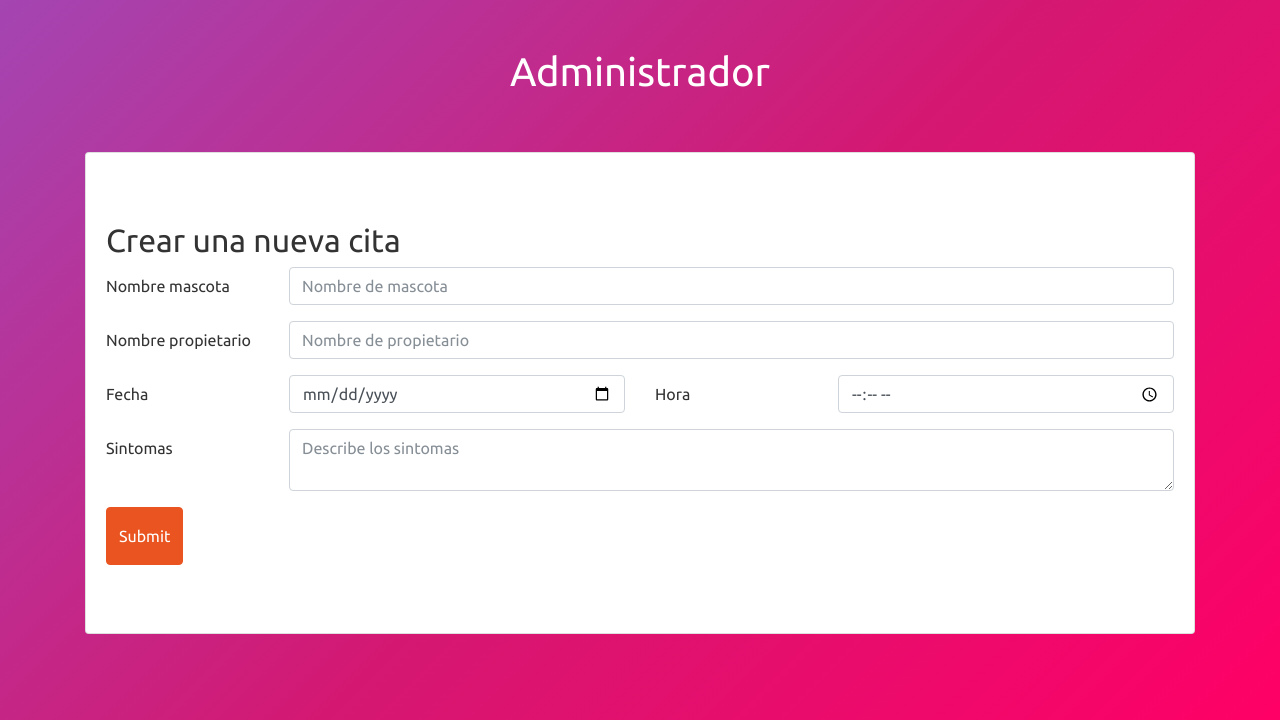
Repository: harrycampaz/react-veterinario-form
Page: /
The author's editor kept a copy of each file at every save. The page is drawn from the files as they stood at one save, then again after the next save.
The browser window is 1280 px wide. The pictures show the whole page.
The project was rebuilt for these pictures with package versions that can differ from the ones it lists, and the page was loaded fresh each time.

Above is the page before, as saved 2020-01-16 14:26:11.

After the next save:
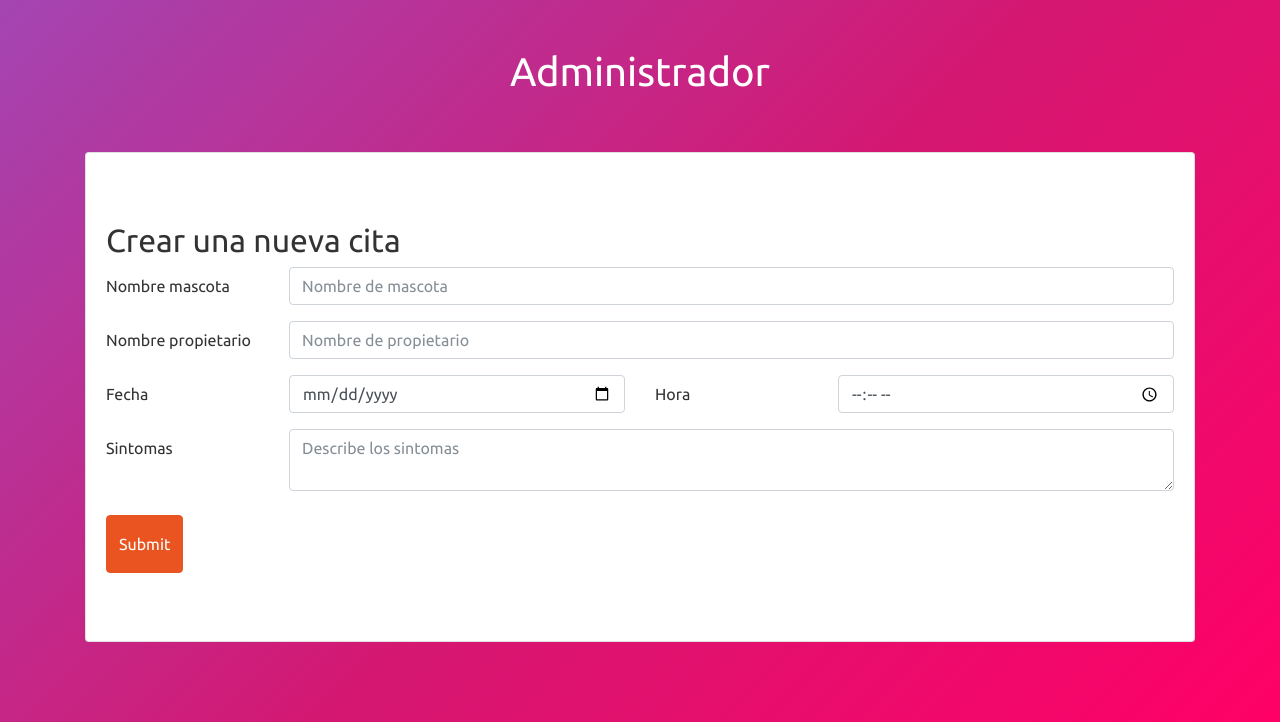
Saved 31 s later.
--- a/src/components/layout/NuevaCita.js
+++ b/src/components/layout/NuevaCita.js
@@ -84,7 +84,7 @@ class NuevaCita extends Component {
             </div>
           </div>
 
-          <button type="submit" className=" py-3 btn btn-primary">Submit</button>
+          <button type="submit" className=" py-3 mt-2 btn btn-primary">Submit</button>
         </form>
       </div>
       </div>
